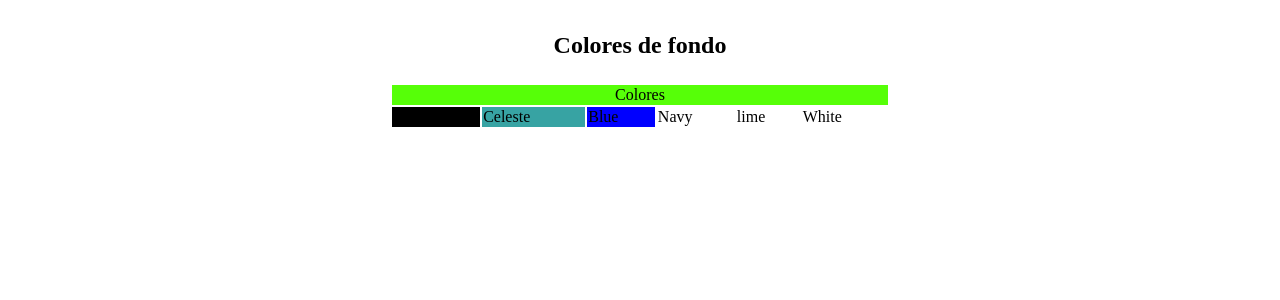
Repository: ThePerez/ArgProg
Page: Practicas ArgProg/Practica 3/Ejercicio 5/index.html
The author's editor kept a copy of each file at every save. The page is drawn from the files as they stood at one save, then again after a run of saves.
The browser window is 1280 px wide. The pictures show the whole page.

Above is the page before, as saved 2023-03-14 12:10:20.

After the next 3 saves:
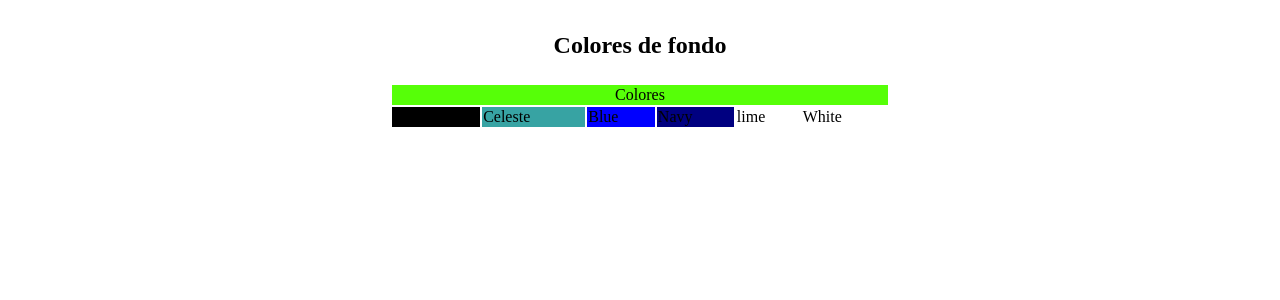
The 3 saves are shown as one change because they came seconds apart.
The last was saved 8 s later.
--- a/Practicas ArgProg/Practica 3/Ejercicio 5/styles.css
+++ b/Practicas ArgProg/Practica 3/Ejercicio 5/styles.css
@@ -31,4 +31,6 @@
      background-color: blue;
 }
 
-.navy
+.navy{
+     background-color: navy;
+}
